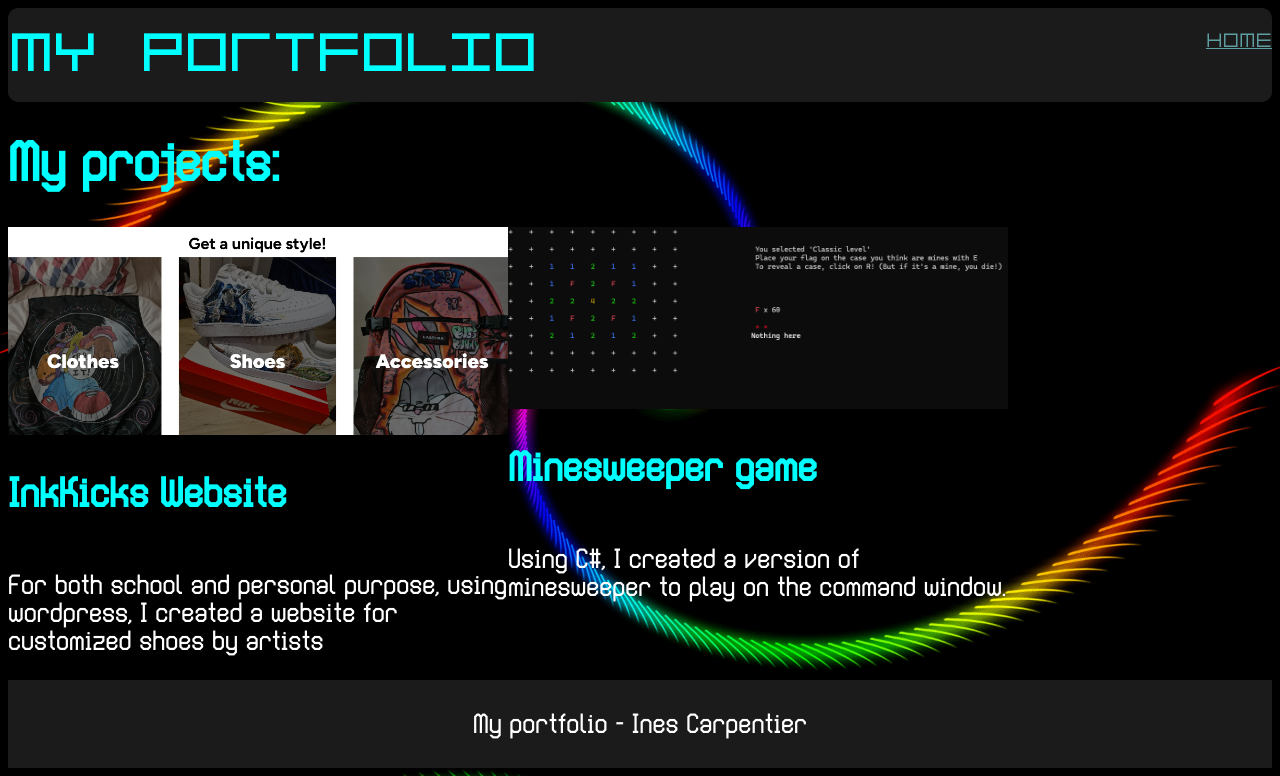
Repository: InsCarp/InsCarp
Page: project.html
These files come from the project's save history. The page is drawn as it stood at one moment and after the next save; the edit follows.
The browser window is 1280 px wide. The pictures show the whole page.
Backgrounds fixed to the window are drawn as part of the page.

Above is the page before, as saved 2026-05-12 10:55:30.

After the next save:
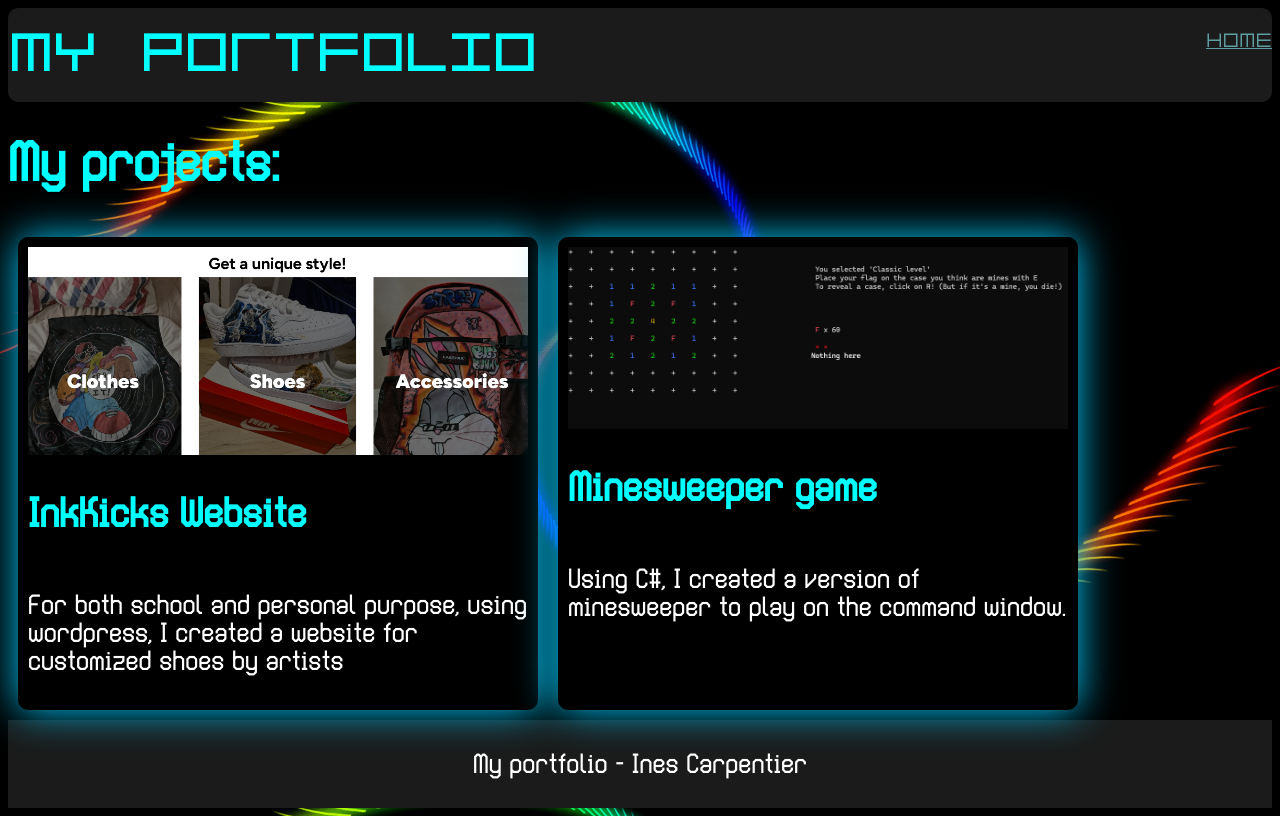
Saved 2 min 22 s later.
--- a/styles/project.css
+++ b/styles/project.css
@@ -35,6 +35,13 @@ article {
     width: 20rem;
     display: flex;
     flex-direction: column;
+      margin: 10px;
+  background-color:rgb(0, 0, 0);
+  padding:10px;
+  border: 3px;
+  border-radius:10px;
+  box-shadow: 0 0 40px 0 rgb(0, 204, 255);
+  opacity: 20;
 
 }
 
